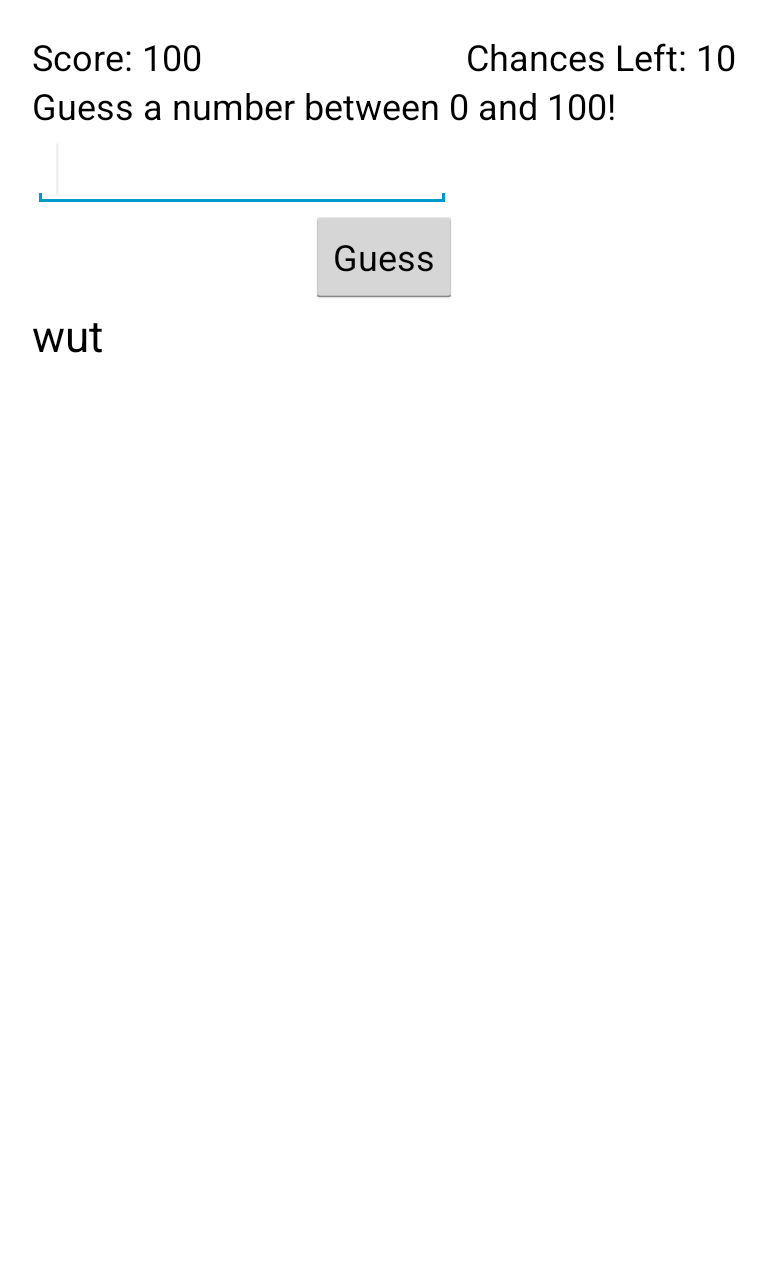
Repository: lethe13/AndroidProgramming
Layout: COMP304-Group1-MicroProject1/res/layout/activity_guessing_game.xml
An editor plug-in stored every save of this project. The layout is shown before and after the next save, followed by the edit.
It is drawn on a 768 x 1280 px phone screen (xhdpi) without system bars, with theme AppTheme; the app's code is not run.

Above is the layout before, as saved 2015-10-18 19:55:05.

After the next save:
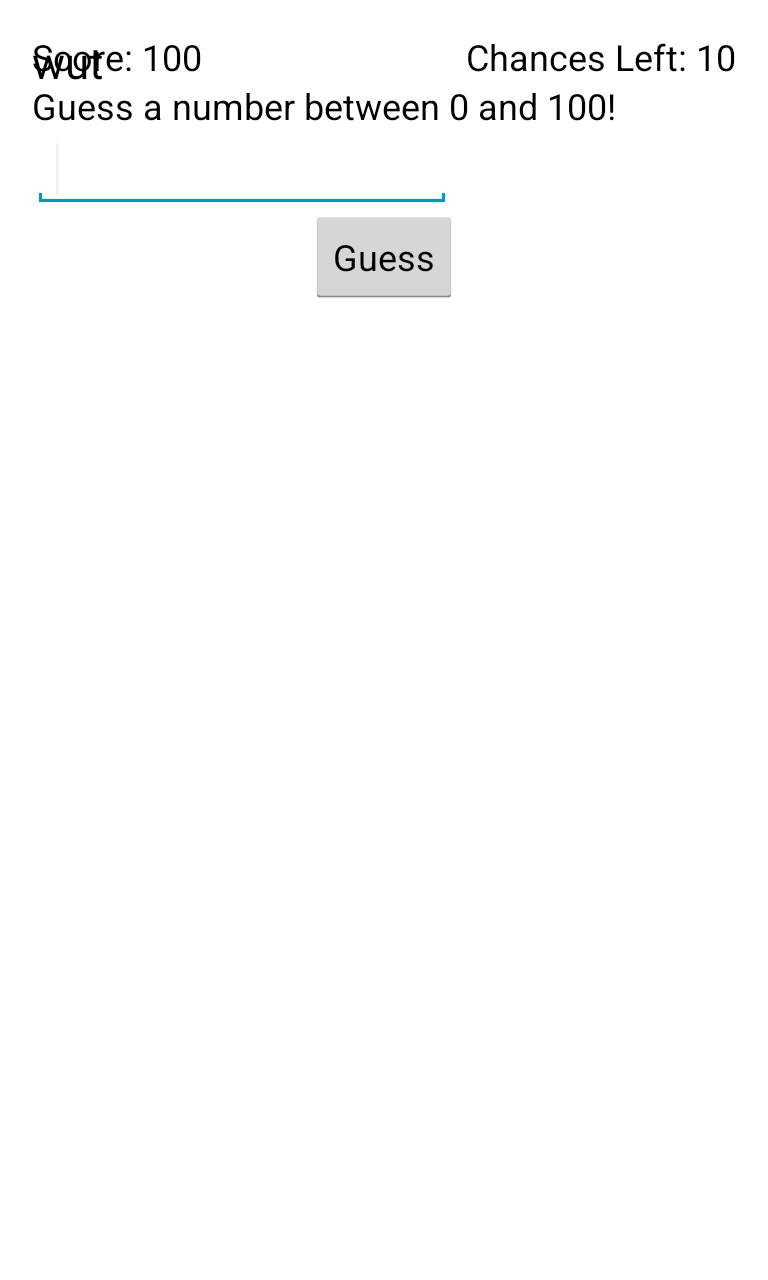
Saved 3 min 25 s later.
--- a/COMP304-Group1-MicroProject1/res/layout/activity_guessing_game.xml
+++ b/COMP304-Group1-MicroProject1/res/layout/activity_guessing_game.xml
@@ -50,11 +50,19 @@
         android:layout_below="@+id/txtInput"
         android:text="Guess" />
 
-   <TextView
+    <TextView
        android:id="@+id/textView1"
        android:layout_width="wrap_content"
        android:layout_height="wrap_content"
        android:layout_below="@+id/btnGo"
+       android:text=""
+       android:textAppearance="?android:attr/textAppearanceLarge" />
+
+   <TextView
+       android:id="@+id/textView2"
+       android:layout_width="wrap_content"
+       android:layout_height="wrap_content"
+       android:layout_toRightOf="@+id/textView1"
        android:text="wut"
        android:textAppearance="?android:attr/textAppearanceLarge" />
 
